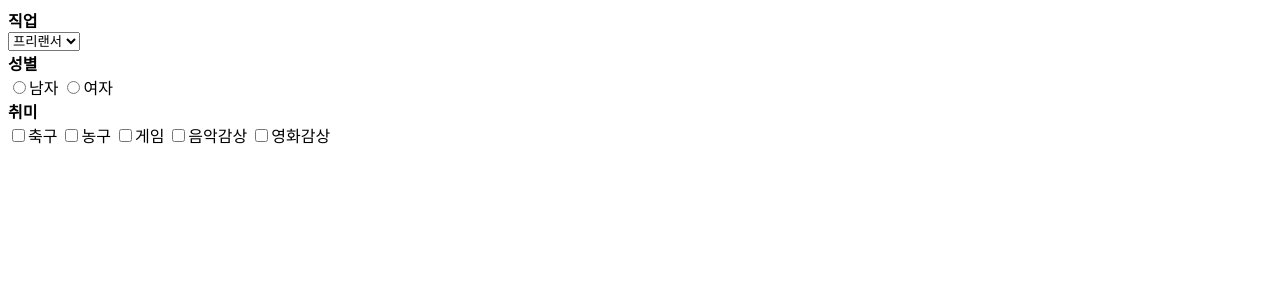
Repository: pillz9408/Jsp-Servlet
Page: jspstudy/day02/src/main/webapp/userInfo.html
The author's editor kept a copy of each file at every save. The page is drawn from the files as they stood at one save, then again after the next save.
The browser window is 1280 px wide. The pictures show the whole page.

Above is the page before, as saved 2022-10-05 02:30:55.

### jspstudy/day02/src/main/webapp/userInfo.html
<!DOCTYPE html>
<html>
<head>
<meta charset="UTF-8">
<title>Insert title here</title>
</head>
<body>
	<form>
	<b>직업</b><br><select name='job'>
		<option value="free">프리랜서
		<option value="student">학생
		<option value="soldier">군인
		<option value="office">직장인
		<option value="home">주부
	</select><br>
	<b>성별</b><br><input type="radio"name="gender" value="male">남자
	<input type="radio"name="gender" value="female">여자<br>
	<b>취미</b><br><input type="checkbox"name="hobby">축구
	<input type="checkbox"name="hobby">농구
	<input type="checkbox"name="hobby">게임
	<input type="checkbox"name="hobby">음악감상
	<input type="checkbox"name="hobby">영화감상

	</form>


</body>
</html>

After the next save:
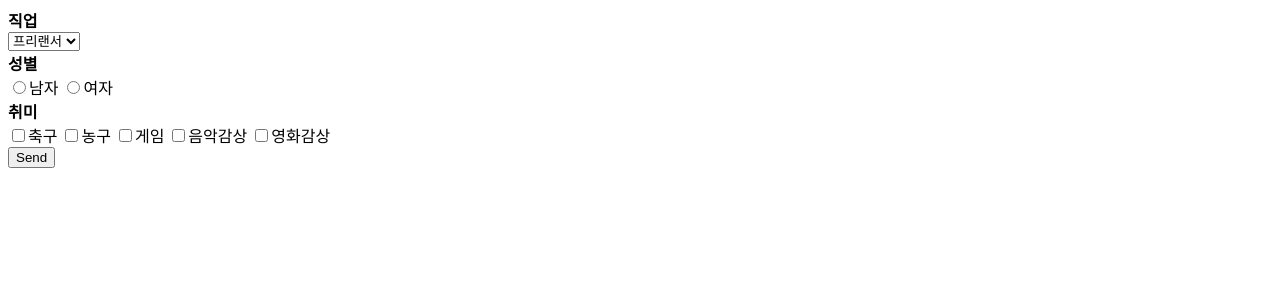
Saved 61 s later.
--- a/jspstudy/day02/src/main/webapp/userInfo.html
+++ b/jspstudy/day02/src/main/webapp/userInfo.html
@@ -5,7 +5,7 @@
 <title>Insert title here</title>
 </head>
 <body>
-	<form>
+	<form action="userinfo">
 	<b>직업</b><br><select name='job'>
 		<option value="free">프리랜서
 		<option value="student">학생
@@ -20,6 +20,8 @@
 	<input type="checkbox"name="hobby">게임
 	<input type="checkbox"name="hobby">음악감상
 	<input type="checkbox"name="hobby">영화감상
+	<br>
+	<input type="submit" value="Send">
 
 	</form>
 
